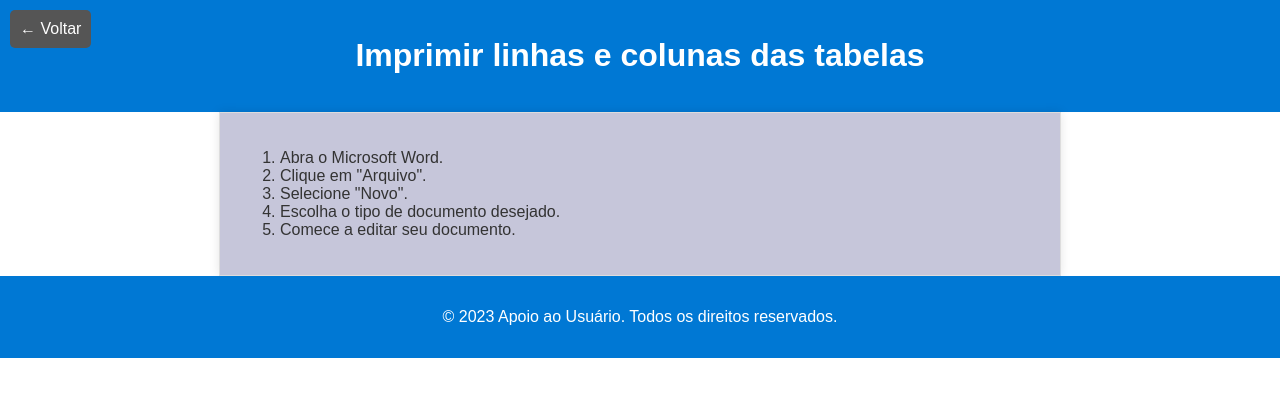
Repository: I4guito/dicasdez
Page: Dicas site/office365 tutoriais/excel tutoriais/planilhaabertaemmaisdeum.html
The author's editor kept a copy of each file at every save. The page is drawn from the files as they stood at one save, then again after the next save.
The browser window is 1280 px wide. The pictures show the whole page.

Above is the page before, as saved 2023-12-05 13:11:59.

### Dicas site/office365 tutoriais/excel tutoriais/planilhaabertaemmaisdeum.html
<!DOCTYPE html>
<html lang="pt-br">
<head>
    <meta charset="UTF-8">
    <meta name="viewport" content="width=device-width, initial-scale=1.0">
    <link rel="stylesheet" href="/Dicas site/office365 tutoriais/wordtutoriais/ztutor.css">
    <script src="/Dicas site/office365 tutoriais/wordtutoriais/tutors.js"></script>
    <title>Tutorial</title>
</head>
<body>
    <header>
        <a href="javascript:history.back()" class="voltar-btn">&#8592; Voltar</a>
        <h1>Imprimir linhas e colunas das tabelas</h1>

    </header>

<div class="container">
    <section class="tutorial-content">


        <ol>
            <li>Abra o Microsoft Word.</li>
            <li>Clique em "Arquivo".</li>
            <li>Selecione "Novo".</li>
            <li>Escolha o tipo de documento desejado.</li>
            <li>Comece a editar seu documento.</li>
        </ol>
    </section>
</div>

    <footer>
        <p>&copy; 2023 Apoio ao Usuário. Todos os direitos reservados.</p>
    </footer>
</body>
</html>

### Dicas site/office365 tutoriais/wordtutoriais/ztutor.css
body {
    font-family: 'Arial', sans-serif;
    margin: 0;
    padding: 0;
}

header {
    background-color: #0078D4;
    color: white;
    text-align: center;
    padding: 1rem;
}

header img {
    max-width: 100px;
    margin-top: 10px;
}

.container {
    max-width: 800px;
    margin: 0 auto;
    background-color: rgb(198, 198, 218);
    padding: 20px;
    box-shadow: 0 0 10px rgba(0, 0, 0, 0.1);
    border: 1px solid #ddd;
    color: #333;
}

.problems-list {
    max-width: 600px;
    margin: 20px auto;
    padding: 20px;
    border: 1px solid #ddd;
    border-radius: 5px;
}

.problems-list h2 {
    color: #0078D4;
}

.problems-list ul {
    list-style-type: none;
    padding: 0;
}

.problems-list li {
    margin: 10px 0;
    border-bottom: 1px solid #ddd;
    padding: 10px;
    background-color: #53616b;
}

.problems-list li:last-child {
    border-bottom: none; /
}

.problems-list a {
    text-decoration: none;
    color: #0078D4;
    transition: color 0.3s;
}

.problems-list a:hover {
    color: #004377;
}

footer {
    background-color: #0078D4;
    color: white;
    text-align: center;
    padding: 1rem;
}

.link-instrucoes {
    font-family:cursive;
    width: 50px;
    left: 10px;
    text-decoration: none;
    color: #fff;
    font-size: 25px;
    padding: 3px;
    background-color: #555;
    border: none;
    border-radius: 10px;
    cursor: pointer;
    transition:  background-color 0.3s;
}

.link-instrucoes:hover {
    background-color:#777
}


.voltar-btn {
    position: absolute;
    left: 10px;
    top: 10px;
    text-decoration: none;
    color: #fff;
    font-size: 16px;
    padding: 10px;
    background-color: #555;
    border: none;
    border-radius: 5px;
    cursor: pointer;
    transition: background-color 0.3s;
}

.voltar-btn:hover {
    background-color: #777;
}


.step {
    max-width: 800px;
    margin: 0 auto;
    background-color: #333;
    padding: 20px;
    box-shadow: 0 0 10px rgba(0, 0, 0, 0.1);
    border: 1px solid #ddd;
    color: #333;
    margin-bottom: 40px;
    padding: 20px;
    border-radius: 8px;
    box-shadow: 0 4px 8px rgba(0, 0, 0, 0.1);
}

### Dicas site/office365 tutoriais/wordtutoriais/tutors.js

const isOpera = navigator.userAgent.indexOf("OPR") > -1;


if (isOpera) {
  document.addEventListener("DOMContentLoaded", function () {
    document.querySelector("body").style.backgroundColor = "#005c4b";
    document.querySelector(".container").style.color = "#333";
    document.querySelector(".container").style.backgroundColor = "#006c6d";
  });
}

After the next save:
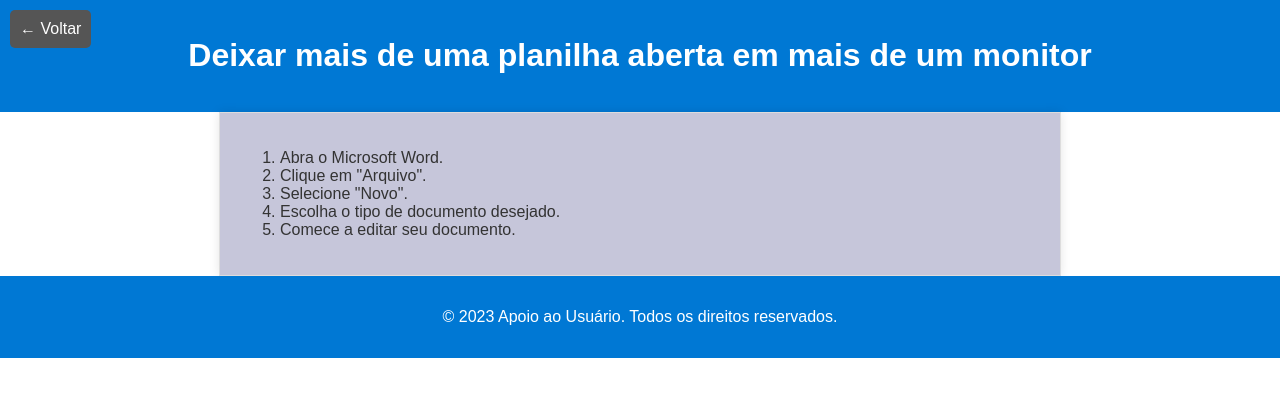
Saved 3 min 34 s later.
--- a/Dicas site/office365 tutoriais/excel tutoriais/planilhaabertaemmaisdeum.html
+++ b/Dicas site/office365 tutoriais/excel tutoriais/planilhaabertaemmaisdeum.html
@@ -10,7 +10,7 @@
 <body>
     <header>
         <a href="javascript:history.back()" class="voltar-btn">&#8592; Voltar</a>
-        <h1>Imprimir linhas e colunas das tabelas</h1>
+        <h1>Deixar mais de uma planilha aberta em mais de um monitor</h1>
 
     </header>
 
